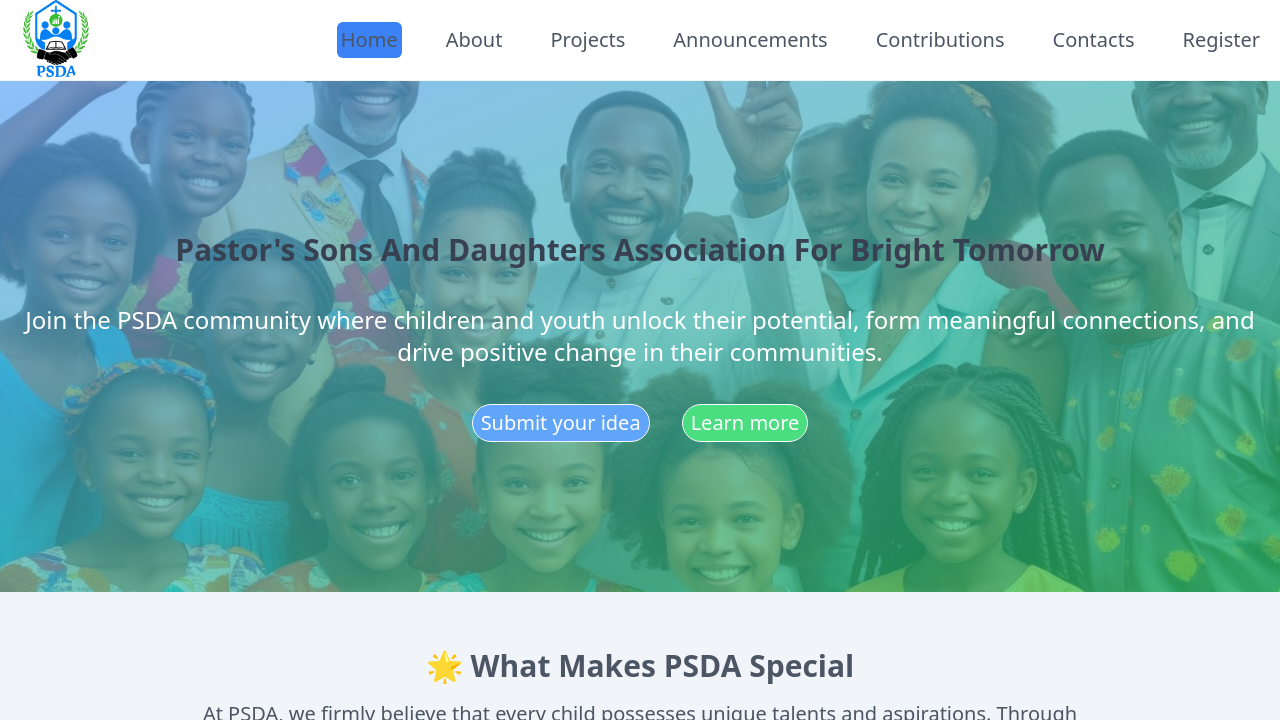
Repository: Zedestar/psda
Page: /
An editor plug-in stored every save of this project. The page is shown before and after the next save, followed by the edit.
The browser window is 1280 px wide. The pictures show the whole page.
An inner scrolling area shows only its first screen. The project was rebuilt for these pictures with package versions that can differ from the ones it lists, and the page was loaded fresh each time. Also part of the build but not shown: src/components/cards/leaders-card.jsx, src/components/cards/secondary-card.jsx, src/components/container/index.jsx, src/pages/about/about-us-data.js, src/pages/about/core-value-data.js, src/pages/about/history-status-data.js, src/pages/about/leaders-data.js, src/pages/about/our-leadership-data.js and 34 more.

Above is the page before, as saved 2025-08-09 13:54:17.

### public/index.html
<!DOCTYPE html>
<html lang="en">
  <head>
    <meta charset="utf-8" />
    <link rel="icon" href="%PUBLIC_URL%/favicon.ico" />
    <meta name="viewport" content="width=device-width, initial-scale=1" />
    <meta name="theme-color" content="#000000" />
    <meta
      name="description"
      content="Web site created using create-react-app"
    />
    <!-- <link rel="apple-touch-icon" href="%PUBLIC_URL%/psdaImage.png" /> -->
    <!-- <link rel="manifest" href="%PUBLIC_URL%/manifest.json" /> -->

    <title>psda</title>
  </head>
  <body>
    <noscript>You need to enable JavaScript to run this app.</noscript>
    <div id="root"></div>

  </body>
</html>

### src/index.js
import React from "react";
import ReactDOM from "react-dom/client";
import App from "./App";
import "./index.css";
import { BrowserRouter } from "react-router-dom";
import GlobalState from "./context";

const root = ReactDOM.createRoot(document.getElementById("root"));
root.render(
  <BrowserRouter>
    <React.StrictMode>
      <GlobalState>
        <App />
      </GlobalState>
    </React.StrictMode>
  </BrowserRouter>
);

### src/App.js
import { Route, Routes } from "react-router-dom";
import Header from "./components/header/header";
import Home from "./pages/home/home";
import AboutPage from "./pages/about/about";
import Projects from "./pages/projects/projects";
import Announcements from "./pages/announcements/announcements";
import Contributions from "./pages/contirbutions/contributions";
import Contacts from "./pages/contacts/contacts";
import Register from "./pages/register/register.jsx";

function App() {
  return (
    <div className="flex flex-col items-center flex-center h-screen  bg-slate-100">
      <Header />
      <Routes>
        <Route path="/" element={<Home />} />
        <Route path="/about" element={<AboutPage />} />
        <Route path="/projects" element={<Projects />} />
        <Route path="/announcements" element={<Announcements />} />
        <Route path="/contributions" element={<Contributions />} />
        <Route path="/contact" element={<Contacts />} />
        <Route path="/register" element={<Register />} />
      </Routes>
    </div>
  );
}

export default App;

### src/context/index.jsx
import { createContext, useEffect, useState } from "react";

export const GlobalContext = createContext(null);

function GlobalState({ children }) {
  const [subHeader, setSubHeader] = useState(false);

  const [active, setActive] = useState(() => {
    const activeTab = localStorage.getItem("activeTab");
    return activeTab ? JSON.parse(activeTab) : 1;
  });

  useEffect(() => {
    localStorage.setItem("activeTab", active);
  }, [active]);
  return (
    <GlobalContext.Provider
      value={{
        subHeader,
        setSubHeader,
        active,
        setActive,
      }}
    >
      {children}
    </GlobalContext.Provider>
  );
}

export default GlobalState;

### src/components/header/header.jsx
import { useContext } from "react";
import headerData from "./header-data";
import HeaderItem from "./header-item";
import psdaImage from "../../assets/images/psdaImage.png";
import { GlobalContext } from "../../context";
import { FaBars, FaTimes } from "react-icons/fa";

function Header() {
  const { active, setActive, subHeader, setSubHeader } =
    useContext(GlobalContext);
  return (
    <div className="w-full shadow-lg bg-white">
      <div className="w-full flex justify-center">
        <header className="w-full flex items-center justify-between px-4  border-b border-b-gray-100 max-w-screen-2xl">
          <div className="text-3xl rounded-full overflow-hidden">
            <img className="h-20 w-20" src={psdaImage} alt="" />
          </div>{" "}
          <ul className="hidden lg:flex justify-center py-5 space-x-10 flex-center">
            {headerData.map((item) => (
              <HeaderItem
                key={item.id}
                item={item}
                active={active}
                setActive={setActive}
              />
            ))}
          </ul>
          <div
            onClick={() => setSubHeader(!subHeader)}
            className="lg:hidden cursor-pointer hover:bg-blue-600 text-gray-600 hover:text-white transition-all duration-300 p-2 rounded-md "
          >
            {subHeader ? <FaTimes /> : <FaBars />}
          </div>
        </header>
      </div>
      {subHeader && (
        <ul className="lg:hidden flex flex-col items-center justify-center my-2 px-4 space-y-1">
          {headerData.map((item) => (
            <HeaderItem
              key={item.id}
              item={item}
              active={active}
              setActive={setActive}
            />
          ))}
        </ul>
      )}
    </div>
  );
}

export default Header;

### src/pages/home/home.jsx
import PrimaryCard from "../../components/cards/primary-card";
import TwoLinesCards from "../../components/cards/two-lines-card";
import HomePic from "../../components/homepic";
import psdaHighlights from "./psda-highlights";
import what_we_do_data from "./what-we-do";
import FullRoundedButton from "../../components/button/full-rounded-button.jsx";
import what_makes_psda_special from "./what_makes_psda_special_data.js";
import FaceCard from "../../components/cards/face-card.jsx";
import GridOrganizerContainer from "../../components/gridOrganizerContainer/index.jsx";
import make_difference_data from "./make_difference_data.js";
import Footer from "../../components/footer/footer.jsx";

function Home() {
  return (
    <div className="w-full h-full overflow-y-scroll">
      <HomePic />
      <div className="flex  items-center justify-center my-14">
        {what_makes_psda_special.map((item) => (
          <FaceCard item={item} />
        ))}
      </div>

      <GridOrganizerContainer>
        {psdaHighlights.map((item) => (
          <PrimaryCard item={item} />
        ))}
      </GridOrganizerContainer>

      <GridOrganizerContainer>
        {what_we_do_data.map((item) => (
          <TwoLinesCards item={item} />
        ))}
      </GridOrganizerContainer>

      <div
        className="h-[50%] flex flex-col items-center justify-center space-y-9 my-14"
        style={{
          backgroundImage:
            "linear-gradient(to bottom right, rgba(96, 165, 250, 0.7), rgba(34, 197, 94, 0.7))",
        }}
      >
        {make_difference_data.map((item) => (
          <FaceCard item={item} />
        ))}
        <div>
          <FullRoundedButton
            text={"Submit your idea"}
            bgColor={"bg-green-400"}
            textColor={"text-white"}
            onClick={null}
          />
        </div>
      </div>
      <Footer />
    </div>
  );
}

export default Home;

### src/components/header/header-data.js
const headerData = [
  {
    id: 1,
    content: "Home",
    link: "/",
  },
  {
    id: 2,
    content: "About",
    link: "/about",
  },
  {
    id: 3,
    content: "Projects",
    link: "/projects",
  },
  {
    id: 4,
    content: "Announcements",
    link: "/announcements",
  },
  {
    id: 5,
    content: "Contributions",
    link: "/contributions",
  },
  {
    id: 6,
    content: "Contacts",
    link: "/contact",
  },
  {
    id: 7,
    content: "Register",
    link: "/register",
  },
];

export default headerData;

### src/components/header/header-item.jsx
import { Link } from "react-router-dom";
import { GlobalContext } from "../../context";
import { useContext } from "react";

function HeaderItem({ item, active, setActive }) {
  const { setSubHeader } = useContext(GlobalContext);
  return (
    <li
      className={`p-1 rounded-md text-xl text-gray-600 font-gray-100 hover:bg-gray-200 transition cursor-pointer w-full ${
        item.id === active ? "bg-blue-500" : ""
      }`}
      onClick={() => {
        setActive(item.id);
        setSubHeader(false);
      }}
    >
      <Link to={item.link}>{item.content}</Link>
    </li>
  );
}

export default HeaderItem;

### src/components/cards/primary-card.jsx
function PrimaryCard({ item }) {
  return (
    <div className="border flex flex-col justify-center mx-4 my-3 space-y-2 px-4 py-6 rounded-lg text-center max-w-lg hover:shadow-lg transition  bg-white">
      <div className="w-full flex items-center justify-center">
        <div
          className={`flex items-center justify-center rounded-full ${item.color} w-16 h-16`}
        >
          {item.icon}
        </div>
      </div>

      <p className={`text-2xl ${item.text_color}`}>{item.title}</p>
      <p className="text-lg">{item.content}</p>
    </div>
  );
}

export default PrimaryCard;

### src/components/cards/two-lines-card.jsx
function TwoLinesCards({ item }) {
  return (
    <div
      className={`flex items-center justify-center flex-col ${item.bgColor} px-5 py-3 m-5 rounded-lg w-64`}
    >
      <p className={`text-3xl font-bold ${item.textColor}`}>{item.number}</p>
      <p className="text-gray-400 ">{item.content}</p>
    </div>
  );
}

export default TwoLinesCards;

### src/components/homepic/index.jsx
import "./index.css";
import FullRoundedButton from "../button/full-rounded-button.jsx";

function HomePic() {
  return (
    <div
      className="h-[80%] flex flex-col items-center justify-center space-y-9"
      style={{
        backgroundImage:
          "linear-gradient(to bottom right, rgba(96, 165, 250, 0.7), rgba(34, 197, 94, 0.7)), url('/images/psdas.jpg')",
        backgroundSize: "cover",
        backgroundPosition: "center",
        backgroundColor: "line",
      }}
    >
      <p className="block w-full text-center text-3xl font-semibold text-gray-700">
        Pastor's Sons And Daughters Association For Bright Tomorrow
      </p>
      <p className="block w-full text-center text-2xl text-white">
        Join the PSDA community where children and youth unlock their potential,
        form meaningful connections, and drive positive change in their
        communities.
      </p>
      <div>
        <FullRoundedButton
          text={"Submit your idea"}
          bgColor={"bg-blue-400"}
          textColor={"text-white"}
          onClick={null}
        />
        <FullRoundedButton
          text={"Learn more"}
          bgColor={"bg-green-400"}
          textColor={"text-white"}
          onClick={null}
        />
      </div>
    </div>
  );
}

export default HomePic;

### src/pages/home/psda-highlights.js
import {
  FaUsers,
  FaPalette,
  FaLaptopCode,
  //   GiProgression,
  FaChild,
} from "react-icons/fa";

const psdaHighlights = [
  {
    id: 1,
    title: "Community Building",
    content:
      "We connect young people to form lasting friendships and supportive peer networks that strengthen communities.",
    icon: <FaUsers className="text-4xl text-blue-400" />,
    color: "bg-blue-50",
    text_color: "text-gray-500",
  },
  {
    id: 2,
    title: "Creative Projects",
    content:
      "Our programs encourage hands-on learning through art, technology, and community improvement initiatives.",
    icon: <FaPalette className="text-4xl text-blue-400" />,
    color: "bg-blue-50",
    text_color: "text-gray-500",
  },
  {
    id: 3,
    title: "Character Development",
    content:
      "We help children build confidence, leadership skills, and positive values that prepare them for life’s challenges.",
    icon: <FaLaptopCode className="text-4xl text-blue-400" />,
    color: "bg-blue-50",
    text_color: "text-gray-500",
  },
  {
    id: 4,
    title: "Achievement Recognition",
    content:
      "We celebrate every milestone and accomplishment to inspire pride, motivation, and continued growth.",
    icon: <FaChild className="text-4xl text-blue-400" />,
    color: "bg-blue-50",
    text_color: "text-gray-500",
  },
];

export default psdaHighlights;

### src/pages/home/what-we-do.js
const what_we_do_data = [
  {
    id: 1,
    number: "2021",
    content: "Founded",
    textColor: "text-blue-400",
    bgColor: "bg-blue-100",
  },
  {
    id: 2,
    number: "25+",
    content: "Projects",
    textColor: "text-green-300",
    bgColor: "bg-green-50",
  },
  {
    id: 1,
    number: "2021",
    content: "Founded",
    textColor: "text-orange-400",
    bgColor: "bg-orange-100",
  },
  {
    id: 1,
    number: "2021",
    content: "Founded",
    textColor: "text-rose-400",
    bgColor: "bg-rose-100",
  },
];

export default what_we_do_data;

### src/components/button/full-rounded-button.jsx
function FullRoundedButton({ text, bgColor, textColor, onClick }) {
  return (
    <button
      className={`${bgColor} py-1 px-2 mx-4 ${textColor} text-sm md:text-md lg:text-xl border border-gray-50 rounded-full hover:scale-105 transition duration:300`}
      onClick={onClick}
    >
      {text}{" "}
    </button>
  );
}

export default FullRoundedButton;

### src/pages/home/what_makes_psda_special_data.js
const what_makes_psda_special = [
  {
    title: "🌟 What Makes PSDA Special",
    description:
      "At PSDA, we firmly believe that every child possesses unique talents and aspirations. Through our thoughtfully crafted programs, we are committed to nurturing individual growth, inspiring creativity, and fostering strong, lasting connections within the community.",
  },
];

export default what_makes_psda_special;

### src/components/cards/face-card.jsx
function FaceCard({ item }) {
  return (
    <div className="space-y-4 flex flex-col items-center justify-center">
      <p className="text-xl lg:text-3xl w-[80%] font-bold text-gray-600 text-center">
        {item.title}
      </p>
      <p className="text-md lg:text-xl w-full md:w-[70%] text-center text-gray-600">
        {item.description}
      </p>
    </div>
  );
}

export default FaceCard;

### src/components/gridOrganizerContainer/index.jsx
function GridOrganizerContainer({ children }) {
  return (
    <div className="flex items-center justify-center my-14">
      <div className="grid grid-cols-1 md:grid-cols-2 lg:grid-cols-3 max-w-screen-2xl">
        {children}
      </div>
    </div>
  );
}

export default GridOrganizerContainer;

### src/pages/home/make_difference_data.js
const make_difference_data = [
  {
    title: "Inspired to Make a Difference with PSDA",
    description:
      "Be part of a passionate community where children and youth unlock their potential, lead meaningful projects, and shape a brighter future for all. With PSDA, your journey of growth, connection, and impact begins today.",
  },
];

export default make_difference_data;

### src/components/footer/footer.jsx
import followUsData from "./followUsData";
import contactInfoData from "./contactUsData";
import headerData from "../header/header-data";
import { GlobalContext } from "../../context";
import { Link } from "react-router-dom";
import { useContext } from "react";

function Footer() {
  const { setActive } = useContext(GlobalContext);
  return (
    <div className="w-full flex flex-col text-md md:text-lg text-gray-600 space-y-4 py-2 px-6 border-t-2">
      <div className="grid xs:grid-cols-1  sm:grid-cols-2 md:grid-cols-4 my-3 gap-4">
        <div>
          <p className="font-bold">PSDA</p>
          <p>
            Empowering children and youth to create positive change in their
            communities through education, collaboration, and meaningful
            projects
          </p>
        </div>
        <div>
          <p className="font-bold">Quick Link</p>
          <ul className="space-y-1">
            {headerData.map((item) => (
              <li key={item.id} className="hover:underline">
                <Link to={item.link} onClick={() => setActive(item.id)}>
                  {item.content}
                </Link>
              </li>
            ))}
          </ul>
        </div>
        <div>
          <p className="font-bold">Contact</p>
          <ul className="space-y-1">
            {contactInfoData.map((item) => (
              <li key={item.id} className="flex items-center space-x-2">
                {item.icon}
                <a href={item.link} target="_blank" rel="noopener noreferrer">
                  {item.label}
                </a>
              </li>
            ))}
          </ul>
        </div>
        <div>
          <p className="font-bold">Follow us</p>
          <ul className="space-y-1">
            {followUsData.map((item) => (
              <li key={item.id} className="flex items-center space-x-2">
                {item.IconBase}
                <a href={item.link} target="_blank" rel="noopener noreferrer">
                  {item.name}
                </a>
              </li>
            ))}
          </ul>
        </div>
      </div>
      <hr className="bg-blue-500"></hr>
      <div className="flex justify-between items-center">
        <div> PSDA Community. All rights reserved</div>
        <div>Privacy policy Term of service</div>
      </div>
    </div>
  );
}

export default Footer;

### src/pages/about/mission-vission-impact.js
import { AiOutlineAim, AiOutlineEye, AiOutlineHeart } from "react-icons/ai";

const mission_vission_impact_data = [
  {
    id: 1,
    title: "Our mission",
    content:
      "We envision a generation of spiritually grounded, socially responsible, and purpose-driven leaders from pastoral families who carry forward a legacy of faith, compassion, and community influence.",

    icon: <AiOutlineAim className="text-3xl text-green-500" />,
    color: "bg-green-50",
    text_color: "text-green-500",
  },
  {
    id: 2,
    title: "Our vision",
    content:
      "We exist to empower pastors’ children through mentorship, discipleship, skill-building, and fellowship—equipping them to thrive in every area of life and fulfill their divine calling.",
    icon: <AiOutlineEye className="text-3xl text-blue-500" />,
    color: "bg-blue-50",
    text_color: "text-blue-500",
  },
  {
    id: 3,
    title: "Our impact",
    content:
      "Through impactful programs and community-building initiatives, P.S.D.A. is restoring identity, building leadership, and inspiring pastors’ children to walk boldly in purpose while honoring their heritage.",
    icon: <AiOutlineHeart className="text-3xl text-orange-400" />,
    color: "bg-orange-50",
    text_color: "text-orange-500",
  },
];

export default mission_vission_impact_data;

### src/pages/contirbutions/other_way_to_support_us_card_data.js
import {
  AiOutlineTeam,
  AiOutlineHeart,
  AiOutlineApartment,
} from "react-icons/ai";

const other_way_to_support_us_card_data = [
  {
    id: 1,
    icon: <AiOutlineTeam className="text-4xl text-blue-500 " />,
    title: "Volunteer Your Time",
    content: "Share your skills and passion with our community members.",
    buttonText: "Learn About Volunteering",
    cardBgColor: "bg-gray-200",
  },
  {
    id: 2,
    icon: <AiOutlineHeart className="text-4xl text-blue-500" />,
    title: "Spread the Word",
    content: "Help us reach more families by sharing our mission.",
    buttonText: "Share Our Story",
    cardBgColor: "bg-gray-200",
  },
  {
    id: 3,
    icon: <AiOutlineApartment className="text-4xl text-blue-500" />,
    title: "Corporate Partnership",
    content: "Partner with us for employee engagement and community impact.",
    buttonText: "Explore Partnership",
    cardBgColor: "bg-gray-200",
  },
];

export default other_way_to_support_us_card_data;

### src/pages/contirbutions/method_of_contributing.js
import { AiOutlineBank, AiOutlinePhone, AiOutlineApi } from "react-icons/ai";

const method_of_contributing = [
  {
    id: 1,
    icon: <AiOutlineApi className="text-3xl text-blue-500" />,
    title: "Online Donation",
    content: "Secure online payments via credit card or PayPal",
    buttonText: "Donate Now",
    cardBgColor: "bg-white",
  },
  {
    id: 2,
    icon: <AiOutlinePhone className="text-3xl text-blue-500" />,
    title: "Mobile Money",
    content: "M-Pesa, Airtel Money, Mixx By Yas, Halo-Pesa",
    buttonText: "Send Payment",
    cardBgColor: "bg-white",
  },
  {
    id: 3,
    icon: <AiOutlineBank className="text-3xl text-blue-500" />,
    title: "Bank Transfer",
    content: "Direct bank transfer to our community account",
    buttonText: "Get Details",
    cardBgColor: "bg-white",
  },
];

export default method_of_contributing;

//  id: 1,
//     icon: <AiOutlineTeam className="text-4xl text-blue-500 " />,
//     title: "Volunteer Your Time",
//     content: "Share your skills and passion with our community members.",
//     buttonText: "Learn About Volunteering",
//     cardBgColor: "bg-transparent",

### src/pages/contacts/contact-data.js
import { AiOutlineAim, AiOutlineMessage, AiOutlinePhone } from "react-icons/ai";

const contactData = [
  {
    id: 1,
    icon: <AiOutlineMessage className="text-4xl text-blue-400 " />,
    title: "Email Us",
    subTitle: "info@psda.org",
    content: "Send us an email and we'll respond within 24 hours",
    buttonText: "Send Email",
    cardBgColor: "bg-gray-200",
  },
  {
    id: 2,
    icon: <AiOutlinePhone className="text-4xl text-blue-400" />,
    title: "Call Us",
    subTitle: "+255 674 723515",
    content: "Speak with our team Monday-Friday, 9 AM - 5 PM",
    buttonText: "Call Now",
    cardBgColor: "bg-gray-200",
  },
  {
    id: 3,
    icon: <AiOutlineAim className="text-4xl text-blue-400" />,
    title: "Visit Us",
    subTitle: "Morogoro Manzese, street 123",
    content: "Drop by our community center during operating hours",
    buttonText: "Get Directions",
    cardBgColor: "bg-gray-200",
  },
];

export default contactData;

### src/components/footer/followUsData.js
import {
  FaTiktok,
  FaFacebookF,
  FaWhatsapp,
  FaTwitter,
  FaInstagram,
} from "react-icons/fa";

const followUsData = [
  {
    id: 1,
    IconBase: <FaTiktok className="text-blue-400" />,
    name: "TikTok",
    link: "https://www.tiktok.com/@psda_org",
  },
  {
    id: 2,
    IconBase: <FaFacebookF className="text-blue-400" />,
    name: "Facebook",
    link: "https://www.facebook.com/psda_org",
  },
  {
    id: 3,
    IconBase: <FaWhatsapp className="text-blue-400" />,
    name: "WhatsApp",
    link: "https://wa.me/+255672743515",
  },
  {
    id: 4,
    IconBase: <FaTwitter className="text-blue-400" />,
    name: "Twitter",
    link: "https://twitter.com/psda_org",
  },
  {
    id: 5,
    IconBase: <FaInstagram className="text-blue-400" />,
    name: "Instagram",
    link: "https://www.instagram.com/psda_org",
  },
];

export default followUsData;

### src/components/footer/contactUsData.js
import { FaEnvelope, FaPhoneAlt, FaMapMarkerAlt } from "react-icons/fa";

const contactInfoData = [
  {
    id: 1,
    icon: <FaEnvelope className="text-blue-400" />,
    label: "info@psda.org",
    link: "mailto:info@psda.org",
  },
  {
    id: 2,
    icon: <FaPhoneAlt className="text-blue-400" />,
    label: "+255 784 584 231",
    link: "tel:+255784584231",
  },
  {
    id: 3,
    icon: <FaMapMarkerAlt className="text-blue-400" />,
    label: "123 Morogoro Manzese",
    link: null, // could add Google Maps if desired
  },
];

export default contactInfoData;

### tailwind.config.js
/** @type {import('tailwindcss').Config} */
module.exports = {
  content: ["./src/**/*.{js,jsx,ts,tsx}"],
  theme: {
    extend: {
      colors: {
        psdaGreen: "#1A8F57",
      },
    },
  },
  plugins: [],
};

Loaded but not shown: src/index.css (common file); src/pages/about/core-objective-goals-data.js (57 lines, source omitted); src/components/homepic/index.css (no stored copy; drawn as an empty file)

After the next save:
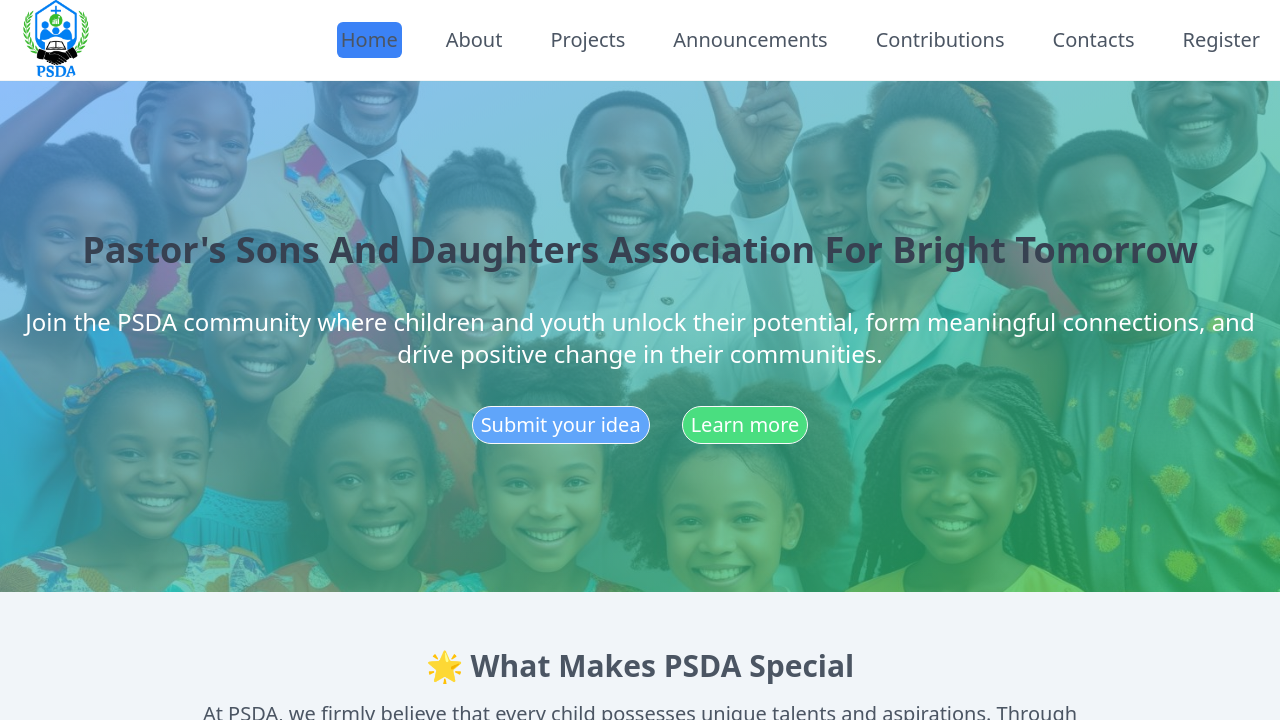
Saved 35 s later.
--- a/src/components/homepic/index.jsx
+++ b/src/components/homepic/index.jsx
@@ -13,7 +13,7 @@ function HomePic() {
         backgroundColor: "line",
       }}
     >
-      <p className="block w-full text-center text-3xl font-semibold text-gray-700">
+      <p className="block w-full text-center text-4xl font-semibold text-gray-700">
         Pastor's Sons And Daughters Association For Bright Tomorrow
       </p>
       <p className="block w-full text-center text-2xl text-white">
